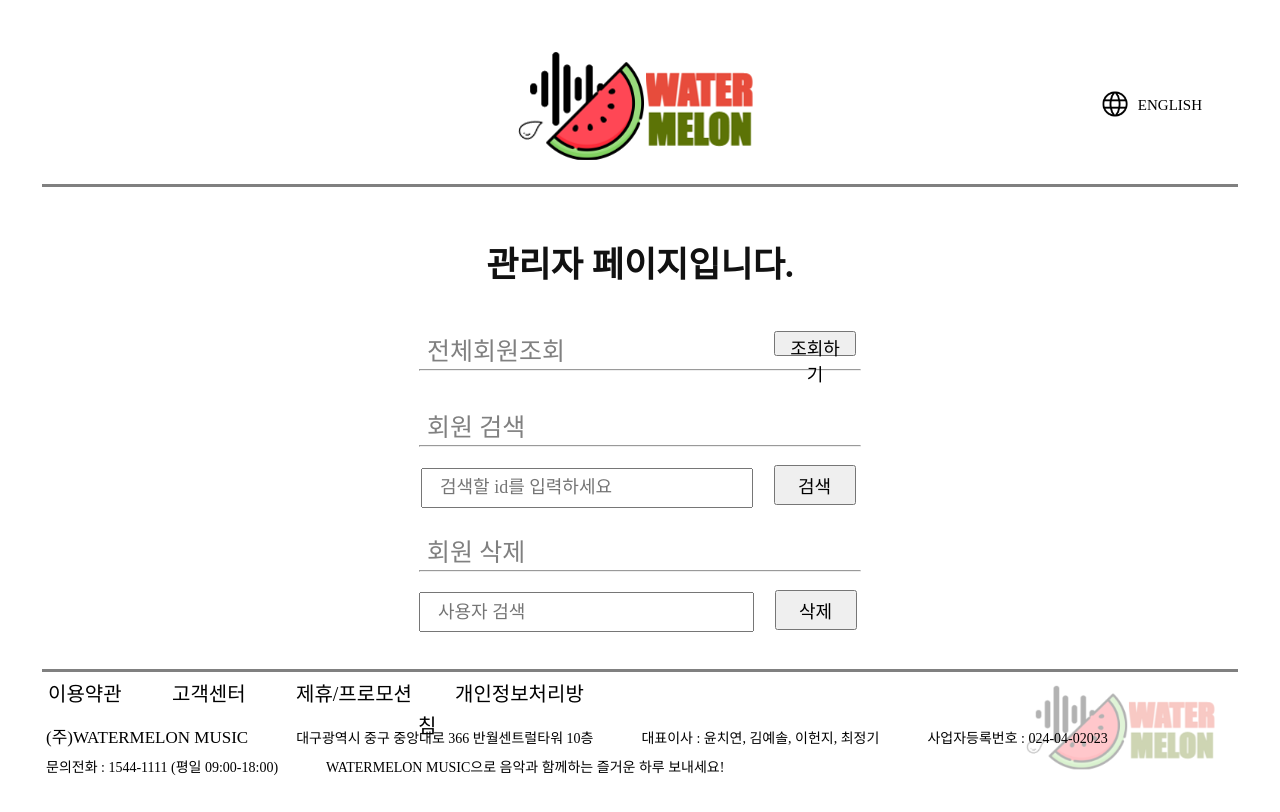
Repository: anchobb/TEAM_STS
Page: http://localhost/PJ_TEAM01/WEB-INF/views/membershipM.jsp
These files come from the project's save history. The page is drawn as it stood at one moment and after the next save; the edit follows.
The browser window is 1280 px wide. The pictures show the whole page.
Some web fonts or font styles are not loaded; a fallback is used. Some web libraries are served in a nearby version. The page is served by Tomcat 9. Nobody is signed in. The template is opened directly, without the code that normally fills it, so the values that code supplies are empty.

Above is the page before, as saved 2023-09-13 06:38:53.

### PJ_TEAM01/src/main/webapp/WEB-INF/views/membershipM.jsp
 <%@ page language="java" contentType="text/html; charset=UTF-8"
    pageEncoding="UTF-8"%>
<%@ taglib uri="http://java.sun.com/jsp/jstl/core" prefix="c"%>
<!DOCTYPE html>
<html>
<head>
<meta charset="UTF-8">
<title>MEMBER PAGE</title>
<style>
		<%@include file="/resources/static/css/common.css" %>
		<%@include file="/resources/static/css/header.css" %>
		<%@include file="/resources/static/css/member_Page.css" %>
		<%@include file="/resources/static/css/footer.css" %>
</style>
</head>
<body>
<div class="wrapper">
<header>
   <div class="log-header">
       <a href=<c:url value="/indexlog" />><img class="logo" src="${pageContext.request.contextPath}/resources/static/img/로고.png" alt=""></a>
       <ul>
          <li><a href=""><img  src="${pageContext.request.contextPath}/resources/static/img/english.png" alt="">ENGLISH</a></li>
       </ul>
    </div>
    <div class="logheader_line"></div>
</header>
<section class="member">
	<h1>관리자 페이지입니다.</h1>
	<ul>
		<li><span class="title">전체회원조회<button class="alluser" id="showButton">조회하기</button></span><hr/></li>
		<div class="selectall">
    	<%-- <c:forEach items="${list}" var="dto">
			<span>${dto.id}</span>&nbsp;&nbsp;<span>${dto.name}</span>
			&nbsp;&nbsp;<span>${dto.addr}</span>&nbsp;&nbsp;<span>${dto.phone}</span><br/>
		</c:forEach> --%>
    	<c:forEach items="${list}" var="dto">
			<table>
				<tr>
					<td id="id">${dto.id}</td>
					<td id="name">${dto.name}</td>
					<td id="addr">${dto.addr}</td>
					<td id="phone">${dto.phone}</td>
				</tr>
			</table>

		</c:forEach>

    	</div>
		<br />
		<li><span class="title">회원 검색</span><hr/></li>
		<form action="member/search" method="post">
	    <div class="search_block" style= display="none">
	    <input type="text" id="search_input" name="id" placeholder="검색할 id를 입력하세요">
	    <button class="oneuser" type="submit" >검색</button>
	    </div>
	    <div class="oneshowBlock"></div>
		</form>
		<br />
		<li><span class="title">회원 삭제</span><hr/></li>
		<form action="${pageContext.request.contextPath}/member/remove" method="post">
    	<input type="text" id="remove_input" name="id" placeholder="사용자 검색">
    	<button class="removeuser">삭제</button>
		</form>
		<br />
	</ul>

</section>
<footer>
    <div class="footer_line"></div>
    <div>
        <ul class="footer_menu">
           <li><a href="">이용약관</a></li>
           <li><a href="">고객센터</a></li>
           <li><a href="">제휴/프로모션</a></li>
           <li style="width:170px"><a href=""> &nbsp;&nbsp;&nbsp;&nbsp;&nbsp;&nbsp;&nbsp;개인정보처리방침</a></li>
        </ul>
    </div>
    <p></p>
    <div class="Site_info">
        <img id="footer_logo" src="${pageContext.request.contextPath}/resources/static/img/로고.png" alt="">
        <span class="Sitename">(주)WATERMELON MUSIC</span>
        <span>대구광역시 중구 중앙대로 366 반월센트럴타워 10층</span>
        <span>대표이사 : 윤치연, 김예솔, 이헌지, 최정기</span>
        <span>사업자등록번호 : 024-04-02023</span>
        <br>
        <span>문의전화 : 1544-1111 (평일 09:00-18:00)</span>
        <span>WATERMELON MUSIC으로 음악과 함께하는 즐거운 하루 보내세요!</span>
     </div>
</footer>
</div>


<script src="https://cdnjs.cloudflare.com/ajax/libs/axios/1.4.0/axios.min.js" integrity="sha512-uMtXmF28A2Ab/JJO2t/vYhlaa/3ahUOgj1Zf27M5rOo8/+fcTUVH0/E0ll68njmjrLqOBjXM3V9NiPFL5ywWPQ==" crossorigin="anonymous" referrerpolicy="no-referrer"></script>


	<script>
	//회원 전체조회 script
		document.addEventListener('DOMContentLoaded', function() {
	       // 버튼 클릭 이벤트 핸들러
	       var showButton = document.getElementById('showButton');
	       var selectAllDiv = document.querySelector('.selectall');

	       showButton.addEventListener('click', function() {
	           // 현재 상태를 확인하여 토글
	           if (selectAllDiv.style.display === 'none' || selectAllDiv.style.display === '') {
	               selectAllDiv.style.display = 'block'; // 보이도록 함
	           } else {
	               selectAllDiv.style.display = 'none'; // 숨김
	           }
	       });
	   });


	//회원 단건조회 script

	//회원 삭제 script

	</script>

</body>
</html>

### PJ_TEAM01/src/main/webapp/resources/static/css/common.css
@font-face {
    font-family: 'SDSamliphopangche_Basic';
    src: url('https://cdn.jsdelivr.net/gh/projectnoonnu/noonfonts-20-12@1.0/SDSamliphopangche_Basic.woff') format('woff');
    font-weight: normal;
    font-style: normal;
}

* {
    margin: 2px;
    box-sizing: border-box;
    font-family: 'SDSamliphopangche_Basic';
}

ul {
    list-style: none;
    padding: 0px;
    margin: 0px;
    color: black;
}

a {
    text-decoration: none;
    color: black;
}

.wrapper {
    width: 1200px;
    margin: 30px auto;
}

.wrapper>nav>.mobilemenu>.material-symbols-outlined{
    font-variation-settings:
    'FILL' 0,
    'wght' 400,
    'GRAD' 0,
    'opsz' 48}

### PJ_TEAM01/src/main/webapp/resources/static/css/header.css
/* header */
.wrapper>header {
    height:130px;
    /* border: 1px solid red; */
    margin-top: 20px;
}

/* 탑헤더 내 로고, 검색창, 퀵메뉴 전체 */
.wrapper>header>.top-header{
    height: 110px;
    /* border: 1px solid green; */
    display: flex;
    justify-content: space-between;
    align-items: center;
}

/* 탑헤더 내 로고 */
.wrapper>header>.top-header>.logo{
    margin-top: 0;
    width: 240px;
    height: 120px;
}

/* 탑헤더 내 검색창 */
.wrapper>header>.top-header>form .search_box{
    height: 38px;
    width: 500px;
    border: 3px solid rgb(92, 115, 6);
    position: relative;
    border-radius: 7px;
    line-height: 35px;
    padding-left: 10px;
}

.wrapper>header>.top-header>form .search_box>div{
    /* border: 1px solid rosybrown; */
    height: 35px;
    width: 110px;
    font-size: 20px;
    text-align: center;
    line-height: 35px;
    margin-top: -1px;
    margin-left: -10px;
    border-right: 3px solid rgb(92, 115, 6);
    background-color: rgba(92, 115, 6, 0.43);
}

.wrapper>header>.top-header>form .search_box>input {
    height: 30px;
    width: 340px;
    border: 1px;
    outline: 1px;
    position: absolute;
    top: -1px;
    left: 115px;
    font-size: 15px;
    color: black;
    font-family: 'NanumSquareBold';
}

.wrapper>header>.top-header>form .search_box>img {
    position: absolute;
    width: 30px;
    height: 30px;
    top: 0px;
    left: 92%;
    display: block;
}

/* 헤더 내 퀵메뉴 */
.wrapper>header>.top-header>ul {
    /* border: 1px solid red; */
    display: flex;
    justify-content: right;
    align-items: center;
}

.wrapper>header>.top-header>ul>li {
    /* border: 1px solid gray; */
    width: 110px;
    position: relative;
    text-align: center;
}

.wrapper>header>.top-header>ul>li>a {
    display: block;
    font-size: 16px;
    position: relative;
    left: 15px;
}

.wrapper>header>.top-header>ul>li>a>img{
    width: 20px;
    height: 18px;
    justify-content: center;
    align-content: center;
    position: absolute;
    top: -2.5px;
    left: -5px;
}

/* nav부분 STYLE */
.wrapper>nav>.navi{
    display: flex;
    justify-content: space-between;
}

/* 왼쪽 nav one-depth */
.wrapper>nav>.navi>.Menu_left>.one--depth {
    width: 100%;
    height: 60px;
    display: flex;
}

.wrapper>nav>.navi>.Menu_left>.one--depth>li {
    position: relative;
    height: 35px;
}

.wrapper>nav>.navi>.Menu_left>.one--depth>li>a {
    display: block;
    font-size: 20px;
    width: 110px;
    /* transition: 1s; */

}

/* 왼쪽 nav two-depth */
.wrapper>nav>.navi>.Menu_left>.one--depth>li>.two--depth {
    position: absolute;
    display: none;

}

.wrapper>nav>.navi>.Menu_left>.one--depth>li>.two--depth>li {
    height: 30px;
    line-height: 30px;

}

.wrapper>nav>.navi>.Menu_left>.one--depth>li>.two--depth>li>a {
    display: block;
    width: 120px;
    font-size: 17px;
}

.wrapper>nav>.navi>.Menu_left>.one--depth>li>a:hover {
    font-size: 22px;
}

.wrapper>nav>.navi>.Menu_left>.one--depth>li:hover .two--depth {
    display: flex;
}

.wrapper>nav>.navi>.Menu_left>.one--depth>li>.two--depth>li>a:hover {
    font-size: 18px;
    transition: 0.7s;
    color: rgb(192, 57, 43);
}

/* 오른쪽 nav one-depth */
.wrapper>nav>.navi>.Menu_right>.one--depth {
    width: 100%;
    height: 60px;
    display: flex;
}

.wrapper>nav>.navi>.Menu_right>.one--depth>li {
    position: relative;
    height: 35px;
}

.wrapper>nav>.navi>.Menu_right>.one--depth>li>a {
    display: block;
    font-size: 20px;
    width: 110px;
    text-align: right;
}

/* 오른쪽 nav two-depth */
.wrapper>nav>.navi>.Menu_right>.one--depth>li>.two--depth {
    position: absolute;
    display: none;
}

.wrapper>nav>.navi>.Menu_right>.one--depth>li>.two--depth>li {
    height: 30px;
    line-height: 30px;
}

.wrapper>nav>.navi>.Menu_right>.one--depth>li>.two--depth>li>a {
    display: block;
    width: 110px;
    font-size: 17px;
    text-align: center;
}

.wrapper>nav>.navi>.Menu_right>.one--depth>li>a:hover {
    font-size: 22px;
}

.wrapper>nav>.navi>.Menu_right>.one--depth>li:hover .two--depth {
    display: flex;
    text-align: right;
    right: -12px;
}

.wrapper>nav>.navi>.Menu_right>.one--depth>li>.two--depth>li>a:hover {
    font-size: 18px;
    transition: 0.7s;
    color: rgb(192, 57, 43);
}

/* header_line */
.wrapper>.header_line {
    display: block;
    background-color: gray;
    height: 3px;
    width: 100%;
    margin: 5px auto;
}

.wrapper>footer>#footer_logo{
    border: 1px solid;
    opacity: 0.6;
    margin-bottom: 500px;
}


.wrapper>header>.log-header{
    height: 150px;
    position: relative;
    display: flex;
    justify-content: center;
    align-items: center;
}

.logheader_line{
    display: block;
    background-color: gray;
    height: 3px;
    width: 100%;
    margin: 0 auto;
}


/* login header */

.wrapper>header>.log-header>a>.logo{
    margin-top: 0;
}

.wrapper>header>.log-header>ul{
    position: absolute;
    right: 30px;
}

.wrapper>header>.log-header>ul>li{
    display: inline-block;
    height: 40px;
    text-align: center;
    line-height: 35px;
}

.wrapper>header>.log-header>ul>li>a{
    font-size: 15px;
    position: relative;

}

.wrapper>header>.log-header>ul>li>a>img{
    position: absolute;
    width: 30px;
    height: 30px;
    right: 70px;
}

.wrapper>nav>.mobilemenu{
    display: none;
}

### PJ_TEAM01/src/main/webapp/resources/static/css/member_Page.css
li{
    list-style: none;
    }

    .member {
        width: 450px;
        display: block;
        height: 100%;
        padding-top: 50px;
        margin: 0 auto;
    }

    .member h1 {
        padding-top: 20px;
        font-size: 35px;
        color: #111;
        text-align: center;
    }

  	.member>ul {
        padding: 40px 0 10px;
    }

    .member>ul li {
        padding: 0 0 12px;
        text-align: left;
    }

    .member>ul li .title {
		font-size: 25px;
		display: block;
		margin-left: 10px;
		color: gray;
	}

	.member form #search_input, #remove_input{
        width: 75%;
        height: 40px;
        box-sizing: border-box;
        text-indent: 15px;
        font-size: 18px;
        color: black;
        font-family: 'SDSamliphopangche_Basic';
    }

    .member>form input::-webkit-input-placeholder {
        font-size: 18px;
        color: gray;
    }

	.member .title>.alluser{
		width: 82px;
        height: 25px;
        font-size: 18px;
        cursor: pointer;
        display: inline-block;
        margin: 0 5px;
        float: right;

	}

	table{
		table-layout: fixed;
		border-collapse: collapse;
	 	width: 440px;
	}

	td{
		border-left: 1px solid black;
	 	overflow: hidden;
	 	text-overflow: ellipsis;
	  	white-space: nowrap;
	  	padding:10px;
	}

	th:first-child, td:first-child {
    	border-left: none;
  	}

	#id, #name{
		width:80px;
	}

	#addr, #phone{
		width:140px;
	}


    .member form .oneuser, .removeuser{
        width: 82px;
        height: 40px;
        margin-left: 15px;
        margin-right: 0px;
        font-size: 18px;
        cursor: pointer;
    }

    .member #back_btn {
        width: 60px;
        height: 35px;
        background: #ed1c24;
        border-radius: 5px;
        font-size: 22px;
        color: #fff;
        margin-top: 20px;
        cursor: pointer;
    }

    .member #update_btn{
		width: 100px;
        height: 35px;
        background: #ed1c24;
        border-radius: 5px;
        font-size: 22px;
        color: #fff;
        margin-top: 20px;
  		margin-left: 240px;
        cursor: pointer;
	}

	.selectall {
        display: none;
        font-size: 20px;
		margin-top: 10px;
		text-align: center;
    }

### PJ_TEAM01/src/main/webapp/resources/static/css/footer.css
/* footer */

/* footer line */
.wrapper>footer>.footer_line {
    display: block;
    background-color: gray;
    height: 3px;
    width: 100%;
    margin: 5px auto;
}

/* footer */
.wrapper>footer>div>.footer_menu {
    display: flex;
    /* border: 1px solid; */
    height: 40px;
}

.wrapper>footer>div>.footer_menu>li{
    /* border: 1px solid red; */
    width: 120px;
    height: 30px;
    line-height: 30px;
}

.wrapper>footer>div>.footer_menu>li>a{
    font-family: 'SDSamliphopangche_Basic';
    font-size: 20px;
}

.wrapper>footer>.Site_info{
    position: relative;
}

.wrapper>footer>.Site_info>#footer_logo{
    position: absolute;
    top: -50px;
    right: 0;
    width: 220px;
    height: 110px;
    opacity: 0.3;
    z-index: -1;
}

.wrapper>footer>.Site_info>span{
    display: inline-block;
    font-size: 14px;
    padding: 2px 40px 2px 0;
}

.wrapper>footer>.Site_info>.Sitename{
    font-family: 'SDSamliphopangche_Basic';
    font-size: 17px;
}

After the next save:
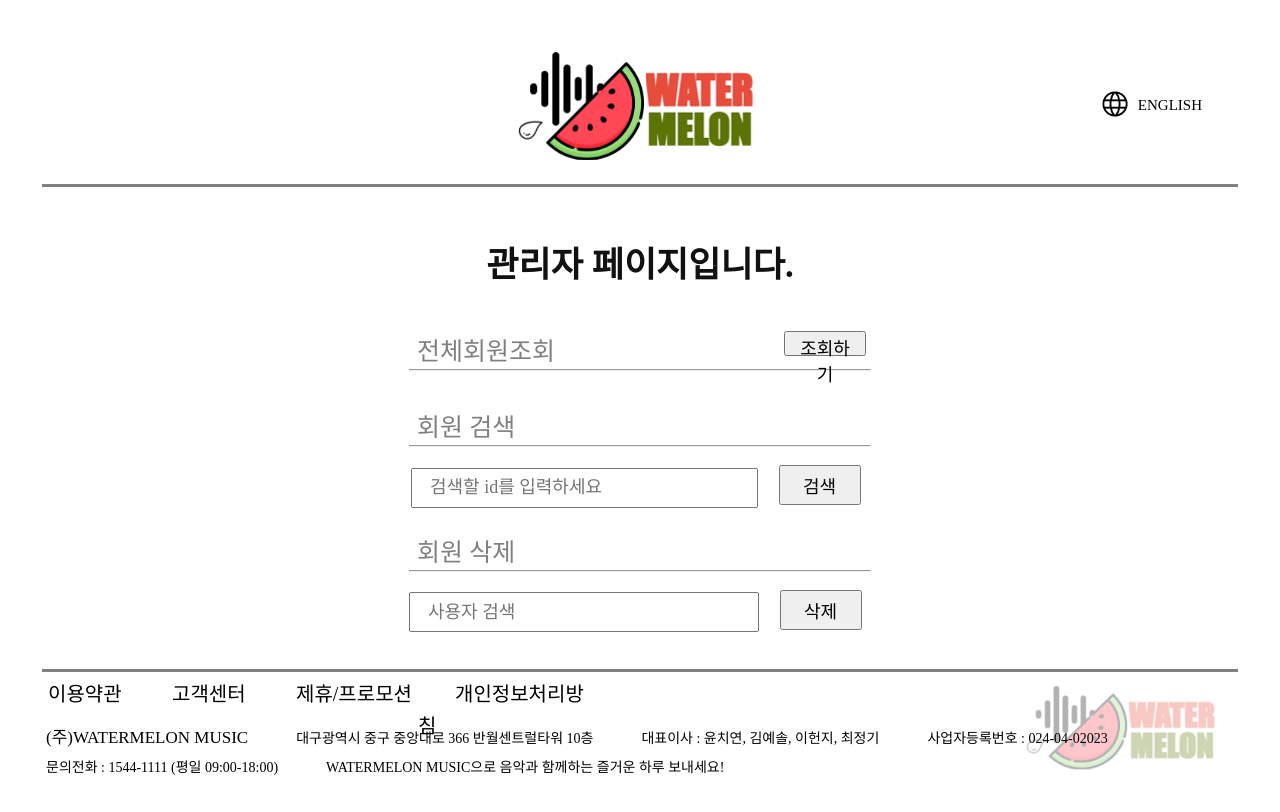
Saved 21 s later.
--- a/PJ_TEAM01/src/main/webapp/resources/static/css/member_Page.css
+++ b/PJ_TEAM01/src/main/webapp/resources/static/css/member_Page.css
@@ -3,7 +3,7 @@
     }
 
     .member {
-        width: 450px;
+        width: 470px;
         display: block;
         height: 100%;
         padding-top: 50px;
